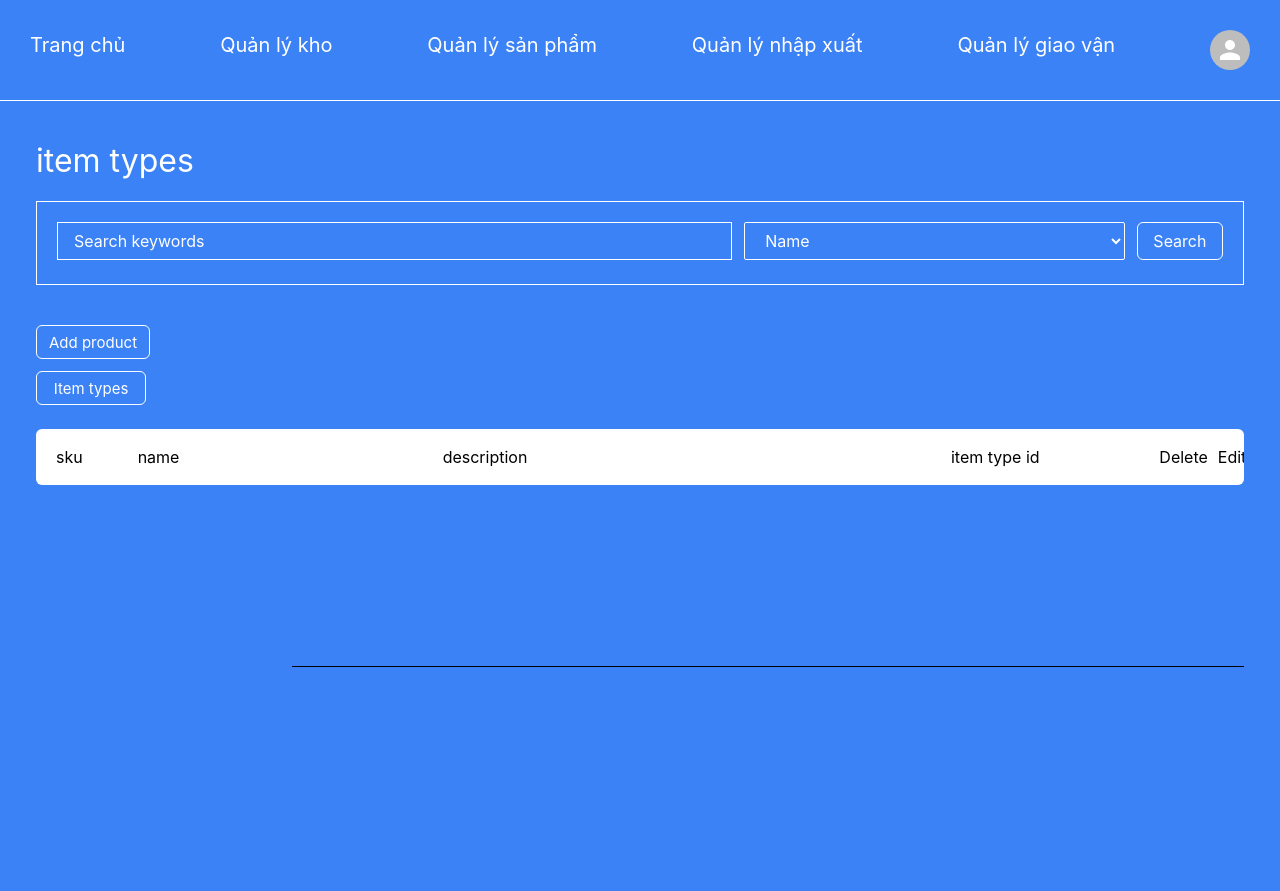
Repository: Kiendz3202/warehouse-management
Page: /products-management/item-types
The author's editor kept a copy of each file at every save. The page is drawn from the files as they stood at one save, then again after the next save.
The browser window is 1280 px wide. The pictures show the whole page.
The page's requests for data from a server got no answer. The project was rebuilt for these pictures with package versions that can differ from the ones it lists, and the page was loaded fresh each time. Some packages were replaced by stand-ins written for this rebuild. The framework's server and built-in components were replaced by stand-ins that run in the browser. No one was signed in, and anything a server would have sent is missing. Also part of the build but not shown: next.config.js, components/UI/Modal.js, components/UI/Loading.js, components/Item/ItemWarehouse.js, components/Pagination/Pagination.js, components/Item/ItemProduct.js.

Above is the page before, as saved 2022-07-26 17:45:16.

After the next save:
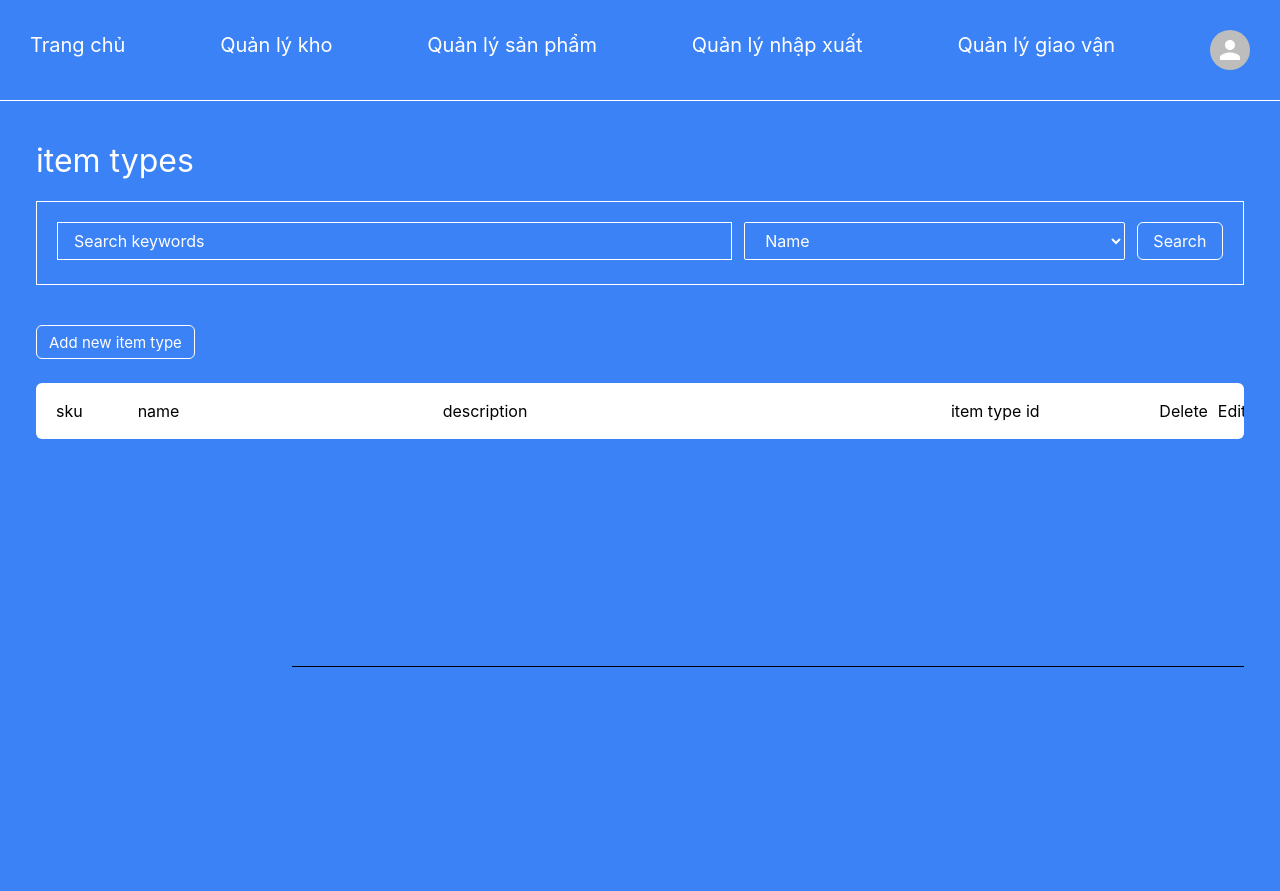
Saved 21 s later.
--- a/pages/products-management/item-types/index.js
+++ b/pages/products-management/item-types/index.js
@@ -20,8 +20,7 @@ function ProductsManagement() {
                     <SearchForm />
                 </div>
                 <div className='mb-[24px]'>
-                    <button onClick={() => router.push('/products-management/add-product')} className='text-[15px] mb-3 block bg-transparent hover:opacity-80 border border-white cursor-pointer rounded-md min-w-[110px] h-[34px] px-[12px] py-[6px]'>Add product</button>
-                    <button onClick={() => router.push('/products-management/item-types')} className='text-[15px] block bg-transparent hover:opacity-80 border border-white cursor-pointer rounded-md min-w-[110px] h-[34px] px-[12px] py-[6px]'>Item types </button>
+                    <button onClick={() => router.push('/products-management/add-product')} className='text-[15px] mb-3 block bg-transparent hover:opacity-80 border border-white cursor-pointer rounded-md min-w-[110px] h-[34px] px-[12px] py-[6px]'>Add new item type</button>
                 </div>
             </div>
             <div>
